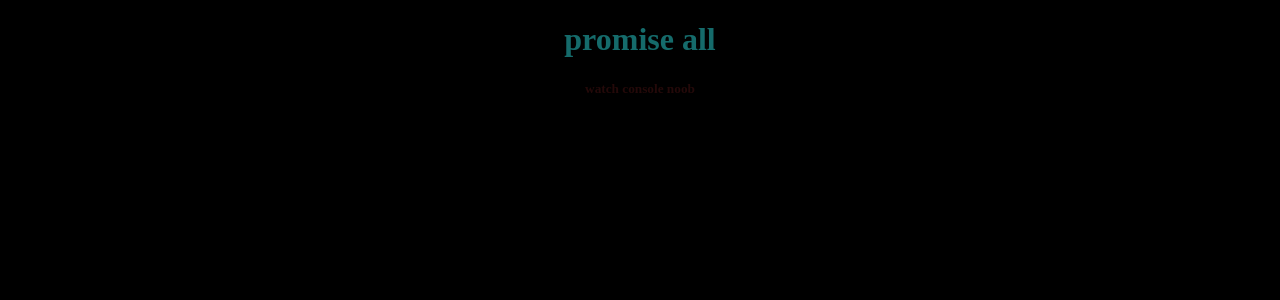
Repository: Magiciaan/pokeapi2
Page: new.html
An editor plug-in stored every save of this project. The page is shown before and after the next save, followed by the edit.
The browser window is 1280 px wide. The pictures show the whole page.
The pointer rests on the first visible `h5`.
The page's requests for data from a server got no answer.

Above is the page before, as saved 2023-01-09 23:43:15.

After the next save:
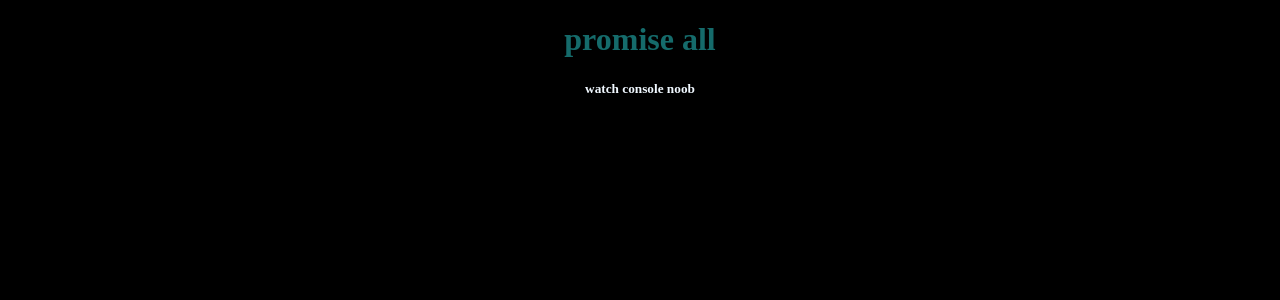
Saved 17 s later.
--- a/new.css
+++ b/new.css
@@ -6,3 +6,6 @@ body{
 h5{
     color: rgb(36, 9, 9);
 }
+h5:hover{
+    color: aliceblue;
+}
